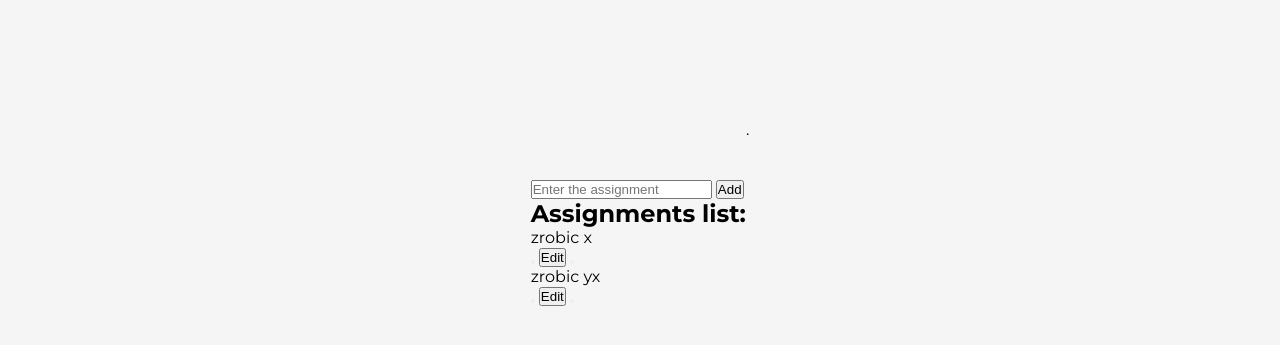
Repository: kimi1723/To-do-app
Page: index.html
An editor plug-in stored every save of this project. The page is shown before and after the next save, followed by the edit.
The browser window is 1280 px wide. The pictures show the whole page.
Some web libraries are served in a nearby version.

Above is the page before, as saved 2023-03-31 10:48:58.
Console error: TypeError: Cannot read properties of null (reading 'addEventListener')

### index.html
<!DOCTYPE html>
<html lang="pl">

<head>
    <meta charset="UTF-8">
    <meta name="viewport" content="width=device-width, initial-scale=1.0">
    <meta http-equiv="X-UA-Compatible" content="ie=edge">
    <title>To do app</title>
    <script src="https://kit.fontawesome.com/327a0d490c.js" crossorigin="anonymous"></script>
    <link href="https://fonts.googleapis.com/css?family=Montserrat:400,700&display=swap&subset=latin-ext"
        rel="stylesheet">
    <link rel="stylesheet" href="/dist/css/main.min.css">
</head>

<body>
    <main class="to-do">
        <div class="to-do-header">
            <h1 class="to-do-header__heading">To do app</h1>

            <input type="text" class="to-do-header__input" placeholder="Enter the assignment">
            <button class="to-do-header__add-button">Add</button>
        </div>

        <div class="to-do-assignments">
            <h2 class="to-do-assignments__heading">Assignments list:</h2>

            <div class="to-do-assignment">
                <p class="to-do-assignment__text">zrobic x</p>

                <div class="to-do-buttons">
                    <button class="to-do-buttons__button"></button>
                    <button class="to-do-buttons__button to-do-buttons__button--edit">Edit</button>
                    <button class="to-do-buttons__button"></button>
                </div>
            </div>

            <div class="to-do-assignment">
                <p class="to-do-assignment__text">zrobic yx</p>

                <div class="to-do-buttons">
                    <button class="to-do-buttons__button"></button>
                    <button class="to-do-buttons__button to-do-buttons__button--edit">Edit</button>
                    <button class="to-do-buttons__button"></button>
                </div>
            </div>


        </div>
    </main>

    .

    <script src="/dist/js/app.min.js"></script>
</body>

</html>

Loaded but not shown: dist/css/main.min.css (library); dist/js/app.min.js (library)

After the next save:
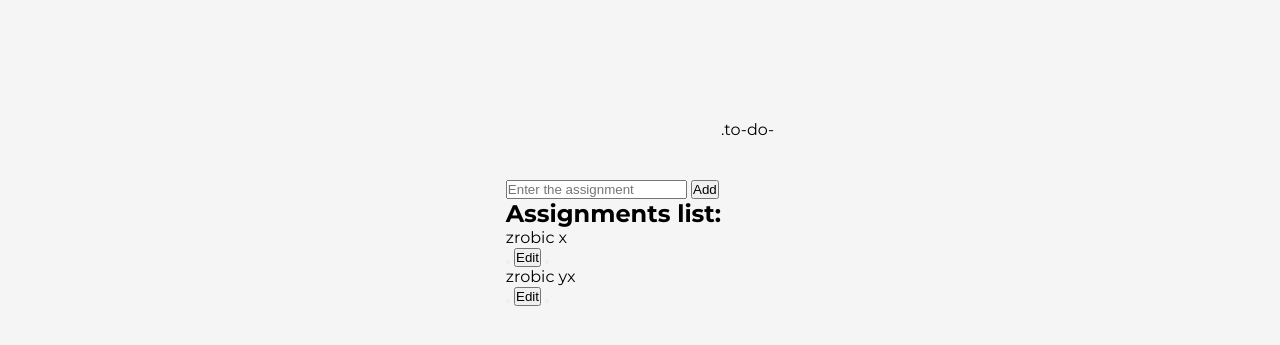
Saved 14 s later.
--- a/index.html
+++ b/index.html
@@ -48,7 +48,7 @@
         </div>
     </main>
 
-    .
+    .to-do-
 
     <script src="/dist/js/app.min.js"></script>
 </body>
